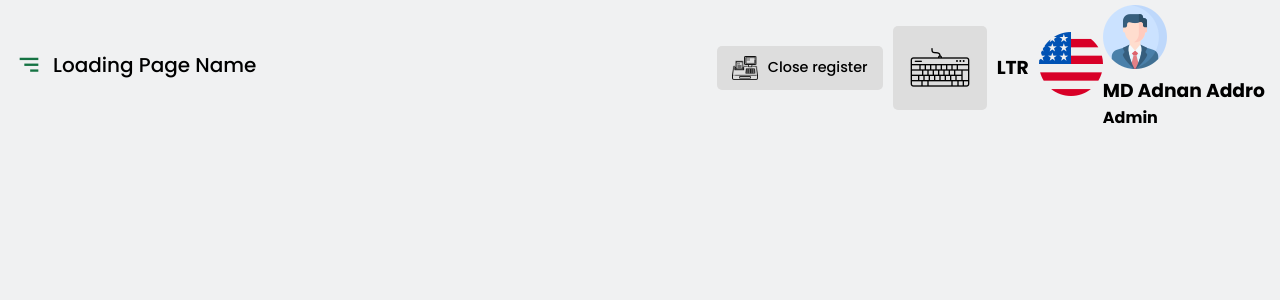
Repository: codebyaddro/pos-navbar
Page: index.html
The author's editor kept a copy of each file at every save. The page is drawn from the files as they stood at one save, then again after a run of saves.
The browser window is 1280 px wide. The pictures show the whole page.

Above is the page before, as saved 2025-02-13 16:01:40.

After the next 4 saves:
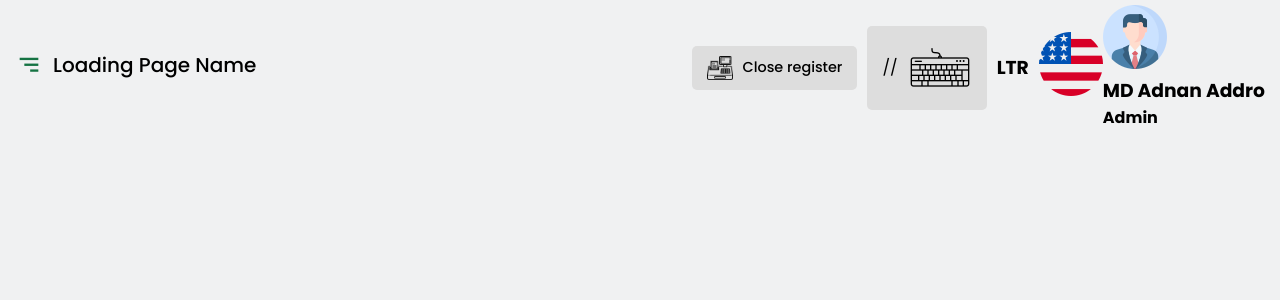
The 4 saves are shown as one change because they came seconds apart.
The last was saved 20 s later.
--- a/index.html
+++ b/index.html
@@ -29,7 +29,7 @@
                     <img src="/img/cash-register.png" alt="cash-register-img">
                     <h3>Close register</h3>
                 </div>
-                <div class="cba-nav-keyboard-shortcut">
+                <div class="cba-nav-keyboard-shortcut">//
                     <img src="/img/computer-keyboard.png" alt="keyboard-img">
                 </div>
                 <div class="cba-nav-ltr-rtl-switch">
